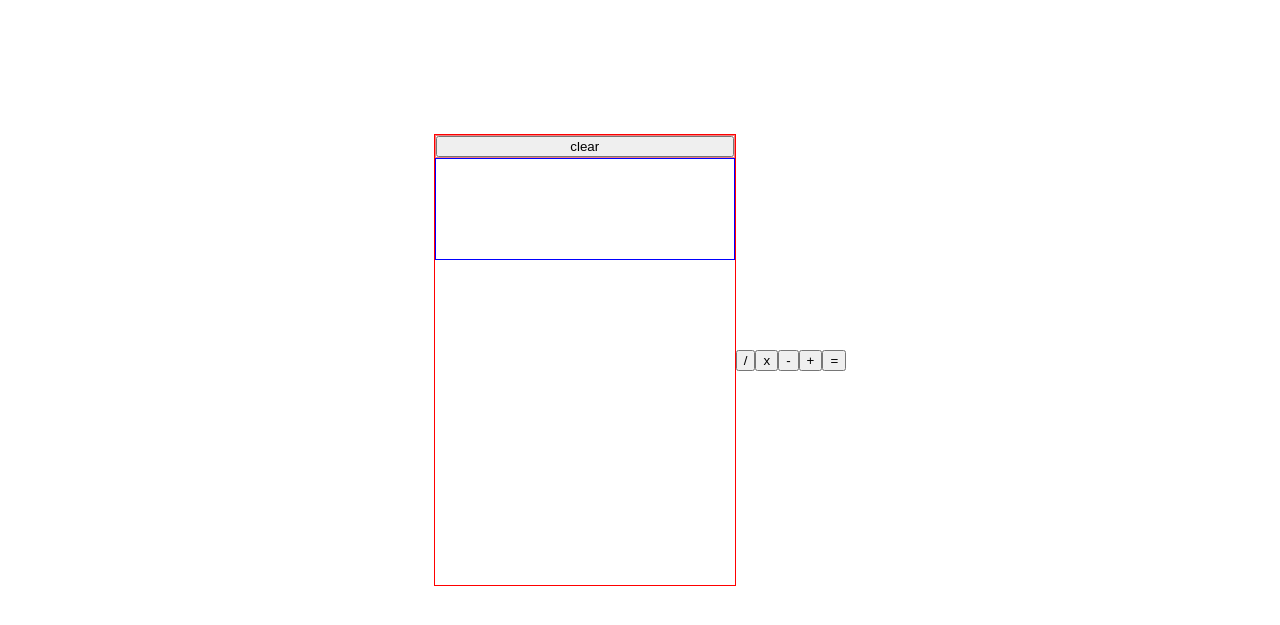
Repository: kocokoy/Calculator
Page: index.html
The author's editor kept a copy of each file at every save. The page is drawn from the files as they stood at one save, then again after the next save.
The browser window is 1280 px wide. The pictures show the whole page.

Above is the page before, as saved 2024-10-22 14:05:27.

After the next save:
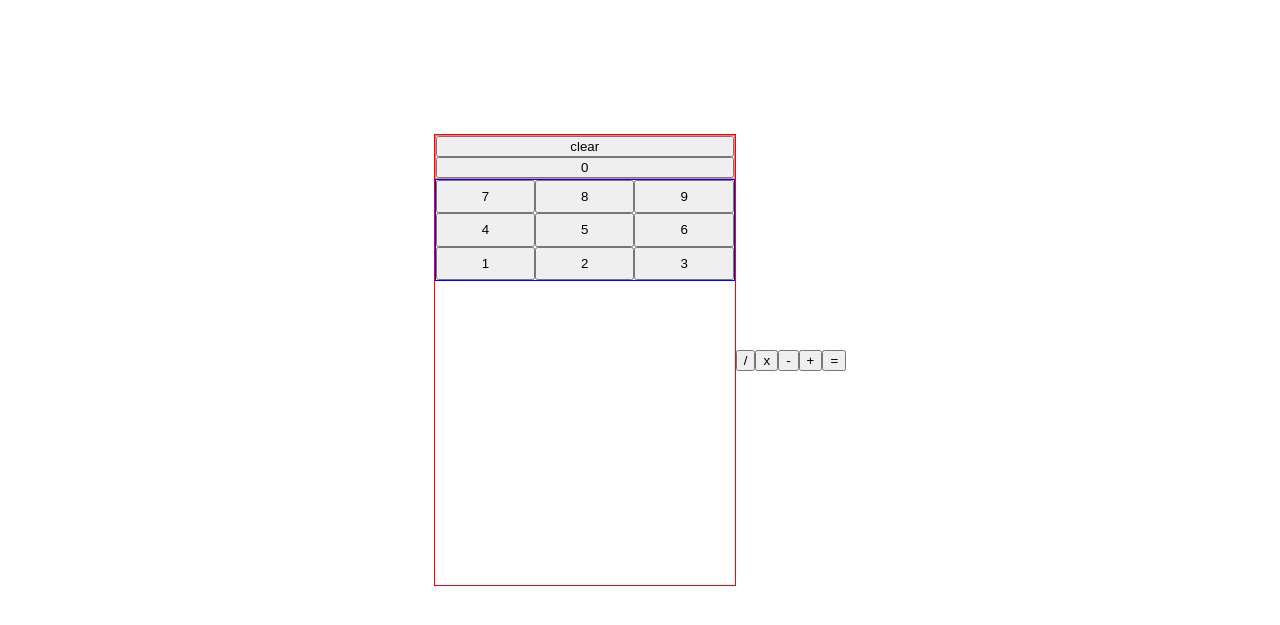
Saved 6 min 51 s later.
--- a/script.js
+++ b/script.js
@@ -3,6 +3,7 @@ const operatorContent = ['/','x','-','+','='];
 const numberContainer = document.querySelector('.number-container');
 const numberButton = document.querySelectorAll('.number-button');
 const clearButtonContainer = document.querySelector('.clear-button-container');
+const zeroButtonContainer = document.querySelector('.zero-button-container');
 const operatorContainer = document.querySelector('.operator-container');
 const operatorButton = document.querySelectorAll('.operator-button');
 const outputElement = document.querySelector('.output-number');
@@ -17,16 +18,20 @@ let html = '';
 const descendedNumber = calculatorButton.sort((a,b) => b-a)
 descendedNumber.forEach(num => {
   console.log(num);
+  const button = document.createElement('button');
   if(num === 'clear'){
-    const button = document.createElement('button');
     button.classList.add('clear-button');
     button.textContent = num;
     clearButtonContainer.appendChild(button);
+  }else if(num === 0){
+    button.classList.add('clear-button');
+    button.textContent = num;
+    clearButtonContainer.appendChild(button);
+  }else{
+    button.classList.add('number-button');
+    button.textContent = num;
+    numberContainer.appendChild(button);
   }
-  // const button = document.createElement('button');
-  // button.classList.add('number-button');
-  // button.textContent = num;
-  // numberContainer.appendChild(button);
 });
 
 operatorContent.forEach(oper => {
